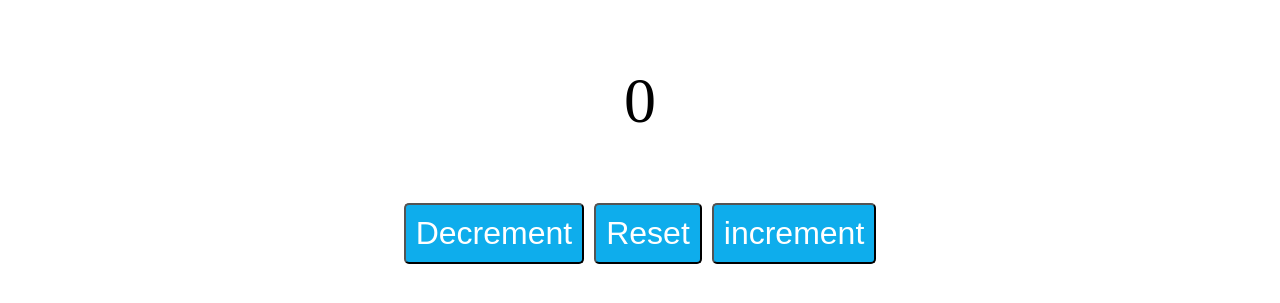
Repository: wakoya-tech/my-react-practice
Page: /
These files come from the project's save history. The page is drawn as it stood at one moment and after the next save; the edit follows.
The browser window is 1280 px wide. The pictures show the whole page.
The project was rebuilt for these pictures with package versions that can differ from the ones it lists, and the page was loaded fresh each time. Also part of the build but not shown: vite.config.js.

Above is the page before, as saved 2025-10-02 11:44:56.

After the next save:
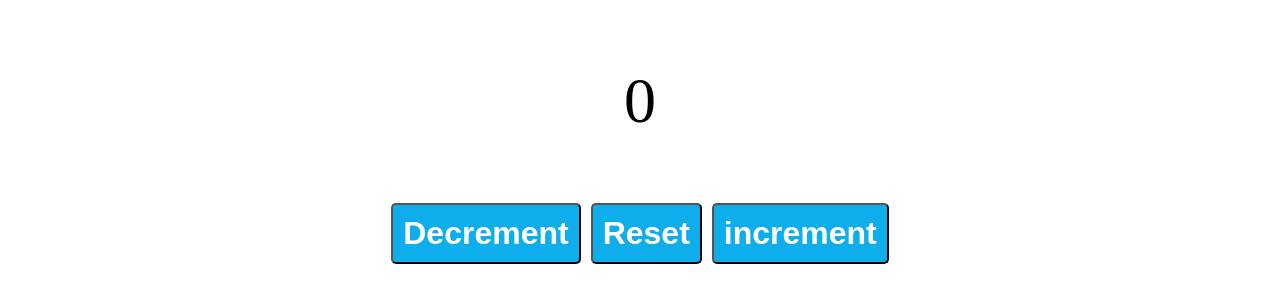
Saved 83 s later.
--- a/src/index.css
+++ b/src/index.css
@@ -7,6 +7,7 @@ Button{
   margin: 1px 5px ;
   border-radius: 5px;
   padding: 10px;
+  font-weight: bold;
 
 }
 .button{
